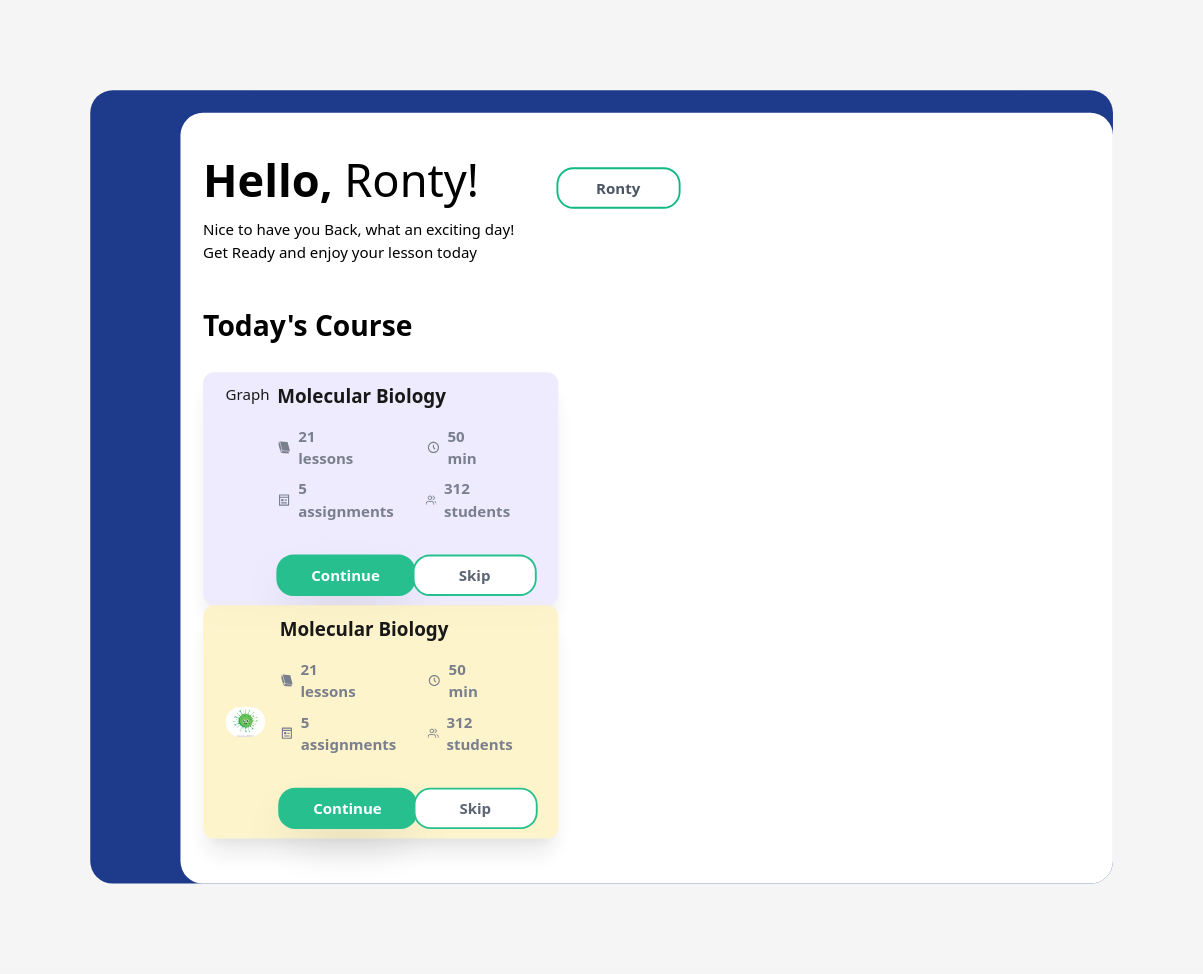
Repository: coolronts/Vite-Tailwind
Page: /
These files come from the project's save history. The page is drawn as it stood at one moment and after the next save; the edit follows.
The browser window is 1280 px wide. The pictures show the whole page, at 94% of full size.
The project was rebuilt for these pictures with package versions that can differ from the ones it lists, and the page was loaded fresh each time. Also part of the build but not shown: vite.config.js.

Above is the page before, as saved 2021-11-26 13:58:19.

After the next save:
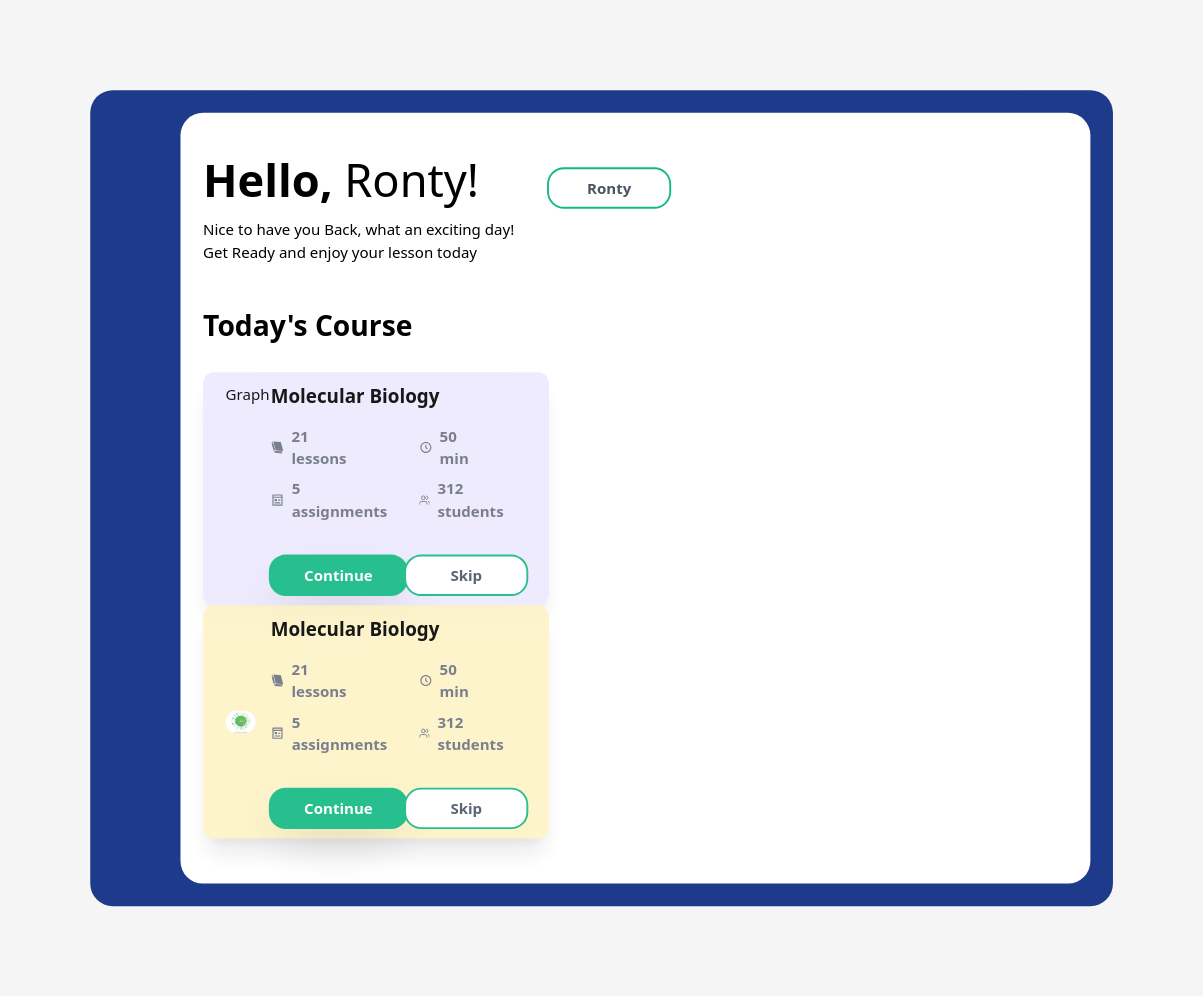
Saved 6 s later.
--- a/src/App.jsx
+++ b/src/App.jsx
@@ -12,7 +12,7 @@ function App() {
   return (
 
     <div className="App ">
-      <div className="pt-6 pl-24 bg-blue-900 m-24 rounded-3xl">
+      <div className="p-6 pl-24 bg-blue-900 m-24 rounded-3xl">
       <div className="bg-white rounded-3xl px-6 py-12">
       <SplitScreen leftWeight = 'w-2/5'>
         <div id="left">
